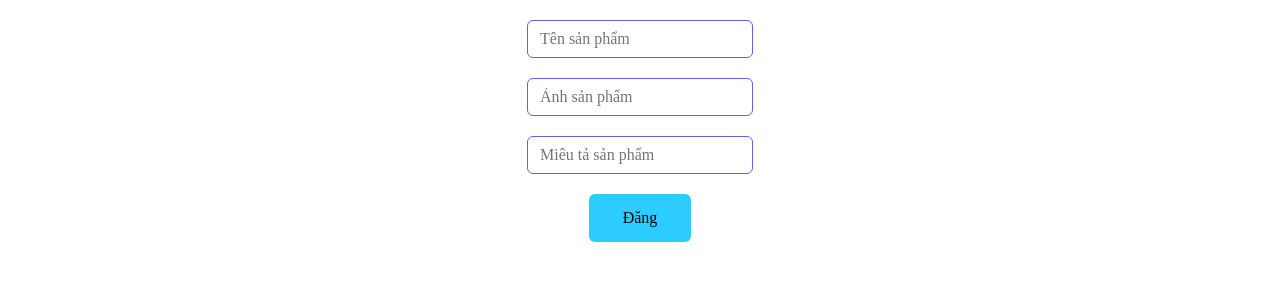
Repository: nguyennam1029/tettt
Page: index.html
The author's editor kept a copy of each file at every save. The page is drawn from the files as they stood at one save, then again after the next save.
The browser window is 1280 px wide. The pictures show the whole page.

Above is the page before, as saved 2022-05-30 15:16:17.

### index.html
<!DOCTYPE html>
<html lang="en">
<head>
    <meta charset="UTF-8">
    <meta http-equiv="X-UA-Compatible" content="IE=edge">
    <meta name="viewport" content="width=device-width, initial-scale=1.0">
    <title>API</title>
    <!-- ---css---0000 -->
    <link rel="stylesheet" href="css/style.css">
</head>
<body>
    <div class="wrapper">

        <div class="form-label">
            <input class="form-input" type="text" name="name" placeholder="Tên sản phẩm">
        </div>
        <div class="form-label">
            <input class="form-input" type="text" name="img" placeholder="Ảnh sản phẩm">
        </div>
        <div class="form-label">
            <input class="form-input" type="text" name="name" placeholder="Miêu tả sản phẩm">
        </div>
        <div class="form-btn">
            <button>Đăng</button>
        </div>
    </div>
<!-- --JS--- -->
<script src="./app.js"></script>
</body>
</html>

### css/style.css
*,
*::before,
*::after {
  box-sizing: border-box;
}
* {
  margin: 0;
  padding: 0;
}

html,
body {
  height: 100%;
}
body {
  line-height: 1.5;
}

img,
picture,
video,
canvas,
svg {
  display: block;
  max-width: 100%;
}
input,
button,
textarea,
select {
  font: inherit;
  outline: none;
}
p,
h1,
h2,
h3,
h4,
h5,
h6 {
  overflow-wrap: break-word;
}

.wrapper {
    text-align: center;
}
.form-label {

}
.form-input {
    outline: none;
    border: 1px solid #6A5AF9;
    border-radius: 6px;
    padding: 6px 12px;
    margin-top: 20px;
    -webkit-border-radius: 6px;
    -moz-border-radius: 6px;
    -ms-border-radius: 6px;
    -o-border-radius: 6px;
}
.form-btn button {
    /* width: 100%; */
    margin-top: 20px;
    background-color: #2cccff;
    outline: none;
    border: none;
    cursor: pointer;
    padding: 12px 34px;
    border-radius: 6px;
    -webkit-border-radius: 6px;
    -moz-border-radius: 6px;
    -ms-border-radius: 6px;
    -o-border-radius: 6px;
}

Loaded but not shown: app.js (no stored copy; drawn as an empty file)

After the next save:
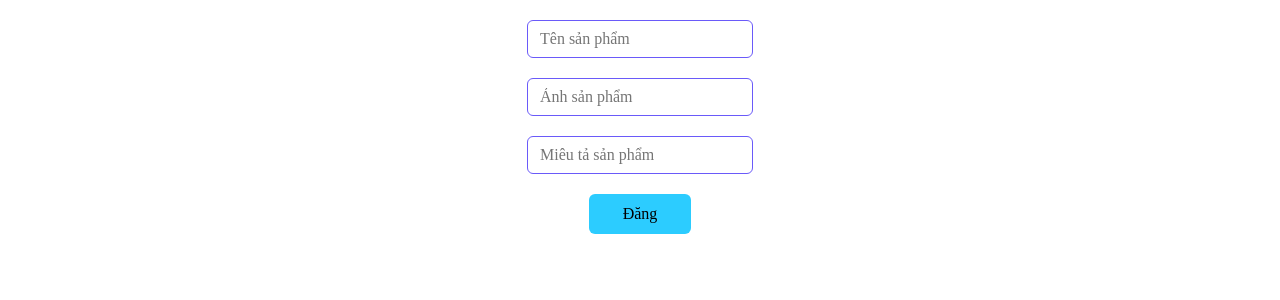
Saved 6 s later.
--- a/css/style.css
+++ b/css/style.css
@@ -65,7 +65,7 @@ h6 {
     outline: none;
     border: none;
     cursor: pointer;
-    padding: 12px 34px;
+    padding: 8px 34px;
     border-radius: 6px;
     -webkit-border-radius: 6px;
     -moz-border-radius: 6px;
